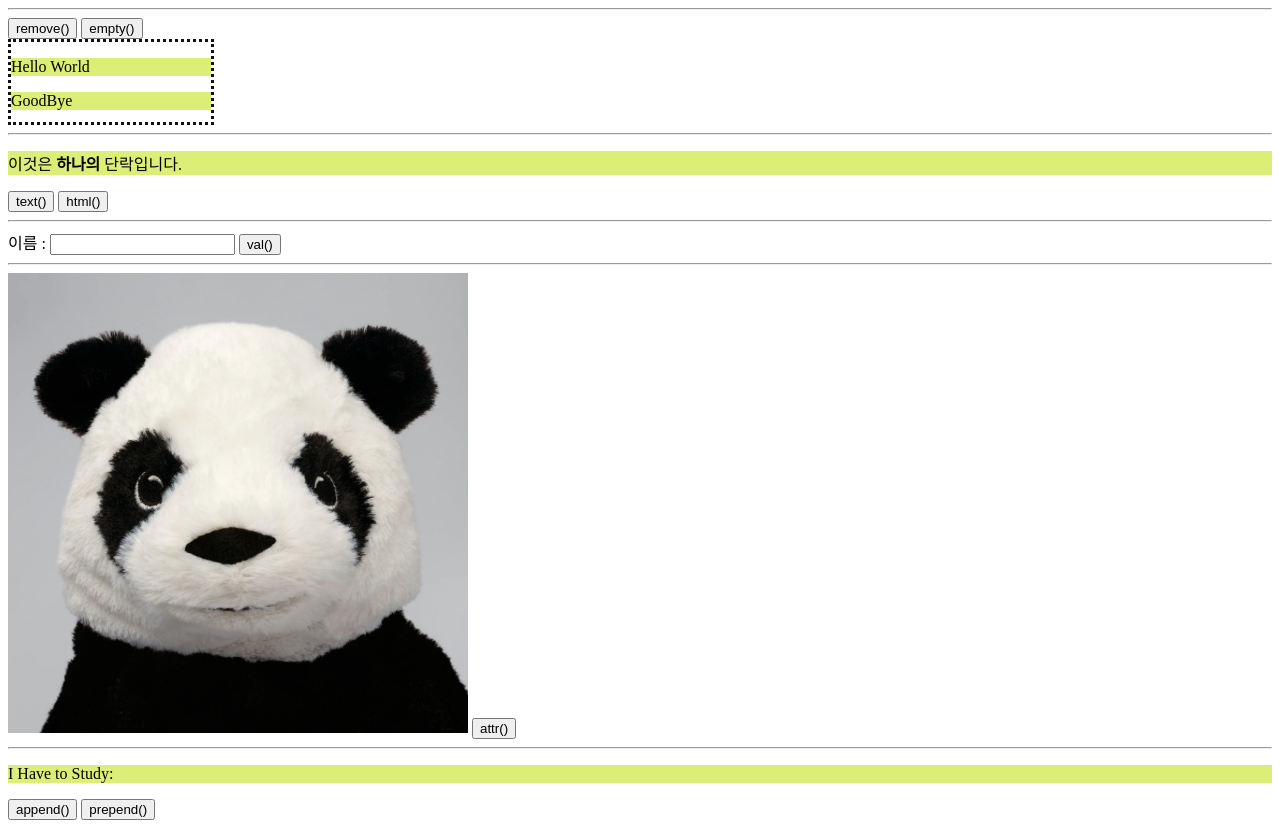
Repository: yujisu01/2021_504_java
Page: javascript_jquery/WebContent/jQuery_ex02.html
An editor plug-in stored every save of this project. The page is shown before and after the next save, followed by the edit.
The browser window is 1280 px wide. The pictures show the whole page.

Above is the page before, as saved 2021-04-15 05:33:34.

### javascript_jquery/WebContent/jQuery_ex02.html
<!DOCTYPE html>
<html>
<head>
<meta charset="UTF-8">
<title>Insert title here</title>
<style type="text/css">
	p{
		background-color: #ddee77;
	}
	.container{
		height: 80px;
		width: 200px;
		border:3px dotted #111111;
	}
</style>
<script type="text/javascript" src="js/jQuery3.x/jquery-3.6.0.js"></script>
<script type="text/javascript">
	$().ready(function(){
		$("#text").click(function() {
			alert($("target").text());
		});
		$("#html").click(function() {
			alert($("target").html());
		});
		$("#val").click(function() {
			alert($("#irum").val());
			// 입력된값 가져옴
			console.log($("#irum").val());
		});
		$("#attr").click(function() {
			alert($("#chain_dog").attr("src"));
		});
		$("#button1").click(function() {
			// 태그처럼 인식을 할수있다.
			$("#append").append("<b style='color:#fdd063'>Yes sir zz</b>");
		});
		$("#button2").click(function() {
			$("#append").prepend("<b style='color:#ddd333'>Yes sir zz</b>");
		});
		$("#remove").click(function() {
			$(".container").remove();
		});
		$("#empty").click(function() {
			$(".container").empty();
		});

	});
</script>
</head>
<body>
	<hr>
	<button id="remove">remove()</button>
	<button id="empty">empty()</button>
	<br>
	<div class="container">
		<p class="hello">Hello World</p>
		<p class="goodbye">GoodBye</p>
	</div>
	<hr>
	<p id="target">이것은 <strong>하나의</strong> 단락입니다.</p>
	<button id="text">text()</button>
	<button id="html">html()</button>
	<hr>
	이름 : <input type="text" id="irum" >
	<button id="val">val()</button>
	<hr>
	<img id="chain_dog" alt="공부하는 강아지" src="images/image35.png"
	width="460px;" height="460px;">
	<button id="attr">attr()</button>
	<hr>
	<p id="append">I Have to Study:</p>
	<button id="button1">append()</button>
	<button id="button2">prepend()</button>
</body>
</html>

Loaded but not shown: javascript_jquery/WebContent/js/jQuery3.x/jquery-3.6.0.js (library)

After the next save:
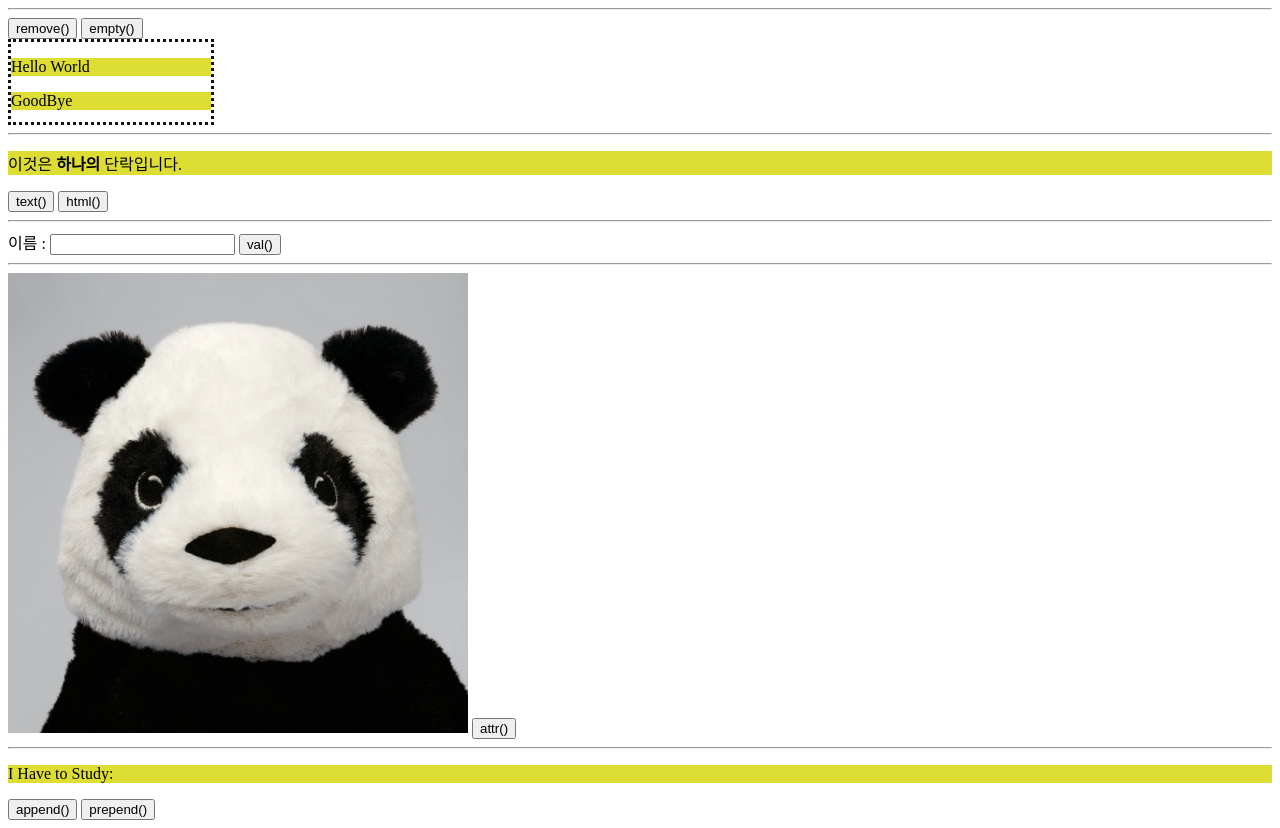
Saved 7 s later.
--- a/javascript_jquery/WebContent/jQuery_ex02.html
+++ b/javascript_jquery/WebContent/jQuery_ex02.html
@@ -5,7 +5,7 @@
 <title>Insert title here</title>
 <style type="text/css">
 	p{
-		background-color: #ddee77;
+		background-color: #dddd33;
 	}
 	.container{
 		height: 80px;
